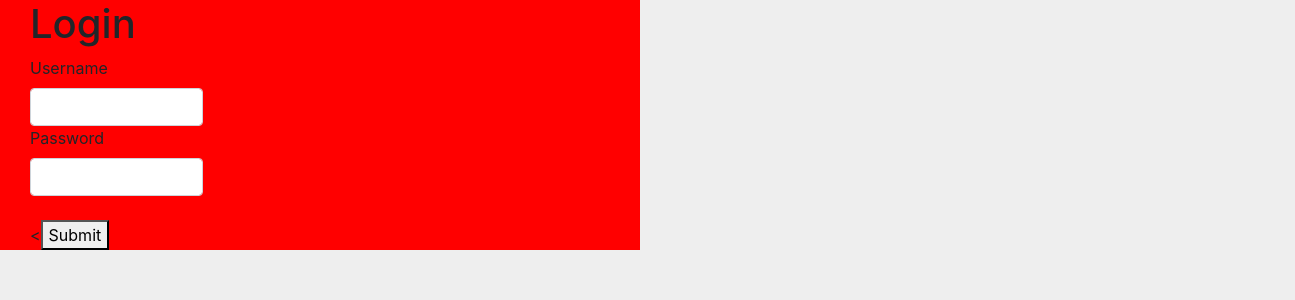
Repository: neoighodaro-articles/migrating-to-laravel
Page: http://localhost/
The author's editor kept a copy of each file at every save. The page is drawn from the files as they stood at one save, then again after the next save.
The browser window is 1280 px wide. The page is 1280 px wide, then 1295 px, so the pictures cover 1295 px, including what lies to the right of the window. The pictures show the whole page.
The page is run by PHP 8.4 with error messages shown; the project is at /var/www/html/.

Above is the page before, as saved 2018-06-12 18:39:55.

### vanilla/index.php
<!DOCTYPE html>
<html lang="en">
<head>
  <meta charset="UTF-8">
  <meta name="viewport" content="width=device-width, initial-scale=1.0">
  <meta http-equiv="X-UA-Compatible" content="ie=edge">
  <title>Vanilla Todo App</title>
  <link rel="stylesheet" href="https://stackpath.bootstrapcdn.com/bootstrap/4.1.1/css/bootstrap.min.css" integrity="sha384-WskhaSGFgHYWDcbwN70/dfYBj47jz9qbsMId/iRN3ewGhXQFZCSftd1LZCfmhktB" crossorigin="anonymous">
  <style>
    body {
      background: #EEE;
    }
  </style>
</head>
<body>
  <div class="col-md-6 col-md-offset-3" style="background: red">
    <div class="col-md-4 col-md-offset-3">
      <h1> Login </h1>
      <label>Username</label>
      <input type="text" class="form-control">
      <label>Password</label>
      <input type="password" class="form-control">
      <br>
      <<button type="submit">Submit</button>
    </div>
  </div>
</body>
</html>

After the next save:
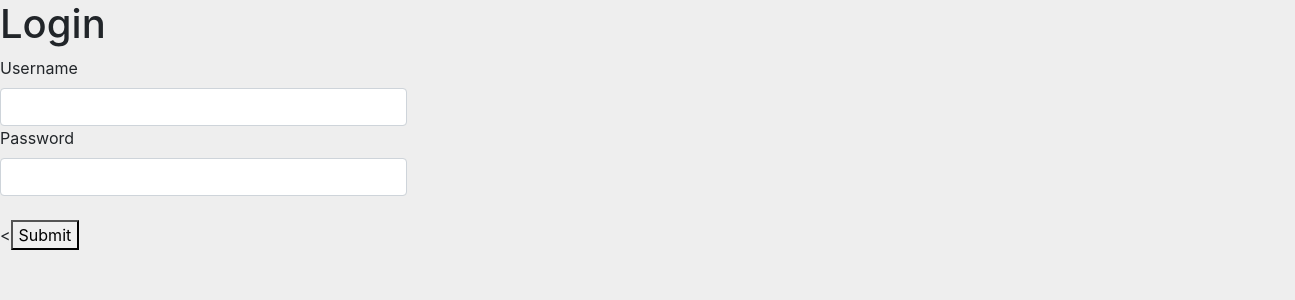
Saved 11 s later.
--- a/vanilla/index.php
+++ b/vanilla/index.php
@@ -13,7 +13,7 @@
   </style>
 </head>
 <body>
-  <div class="col-md-6 col-md-offset-3" style="background: red">
+  <div class="row">
     <div class="col-md-4 col-md-offset-3">
       <h1> Login </h1>
       <label>Username</label>
